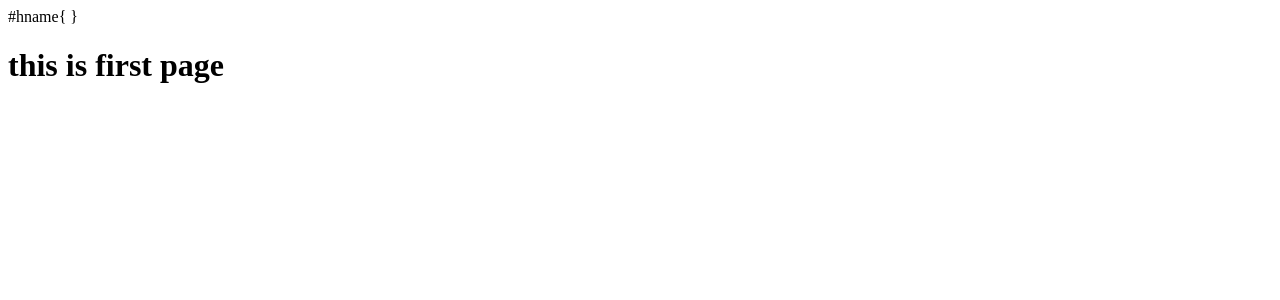
Repository: vkashsolanki/ORM-based-Java
Page: ECommerceProject/MyKart/src/main/webapp/index.html
These files come from the project's save history. The page is drawn as it stood at one moment and after the next save; the edit follows.
The browser window is 1280 px wide. The pictures show the whole page.

Above is the page before, as saved 2023-05-01 15:05:10.

### ECommerceProject/MyKart/src/main/webapp/index.html
<!DOCTYPE html>
<html>
<head>
<meta charset="ISO-8859-1">
<title>Home:Page</title>
#hname{
<base href="">
}
</head>
<body>
<h1 class="container" text-primary id="hname">this is first page</h1>
</body>
</html>

After the next save:
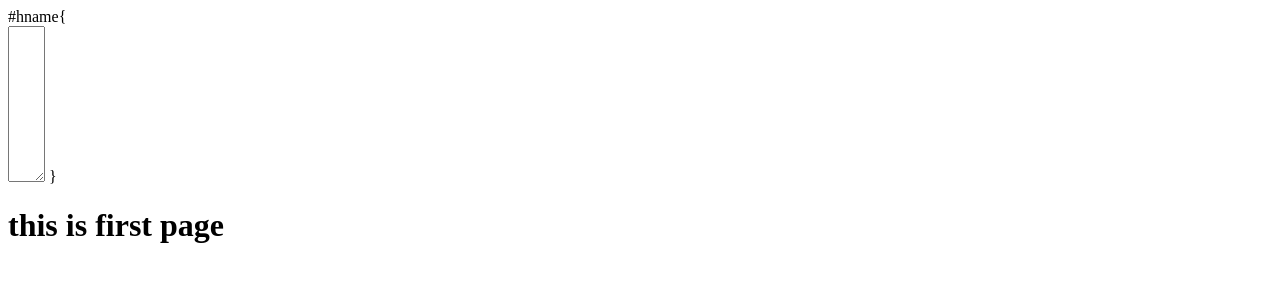
Saved 72 s later.
--- a/ECommerceProject/MyKart/src/main/webapp/index.html
+++ b/ECommerceProject/MyKart/src/main/webapp/index.html
@@ -3,10 +3,12 @@
 <head>
 <meta charset="ISO-8859-1">
 <title>Home:Page</title>
+
+</head>
 #hname{
-<base href="">
+<br>
+<textarea rows="10" cols="2" enterkeyhint="Click here "></textarea>
 }
-</head>
 <body>
 <h1 class="container" text-primary id="hname">this is first page</h1>
 </body>
